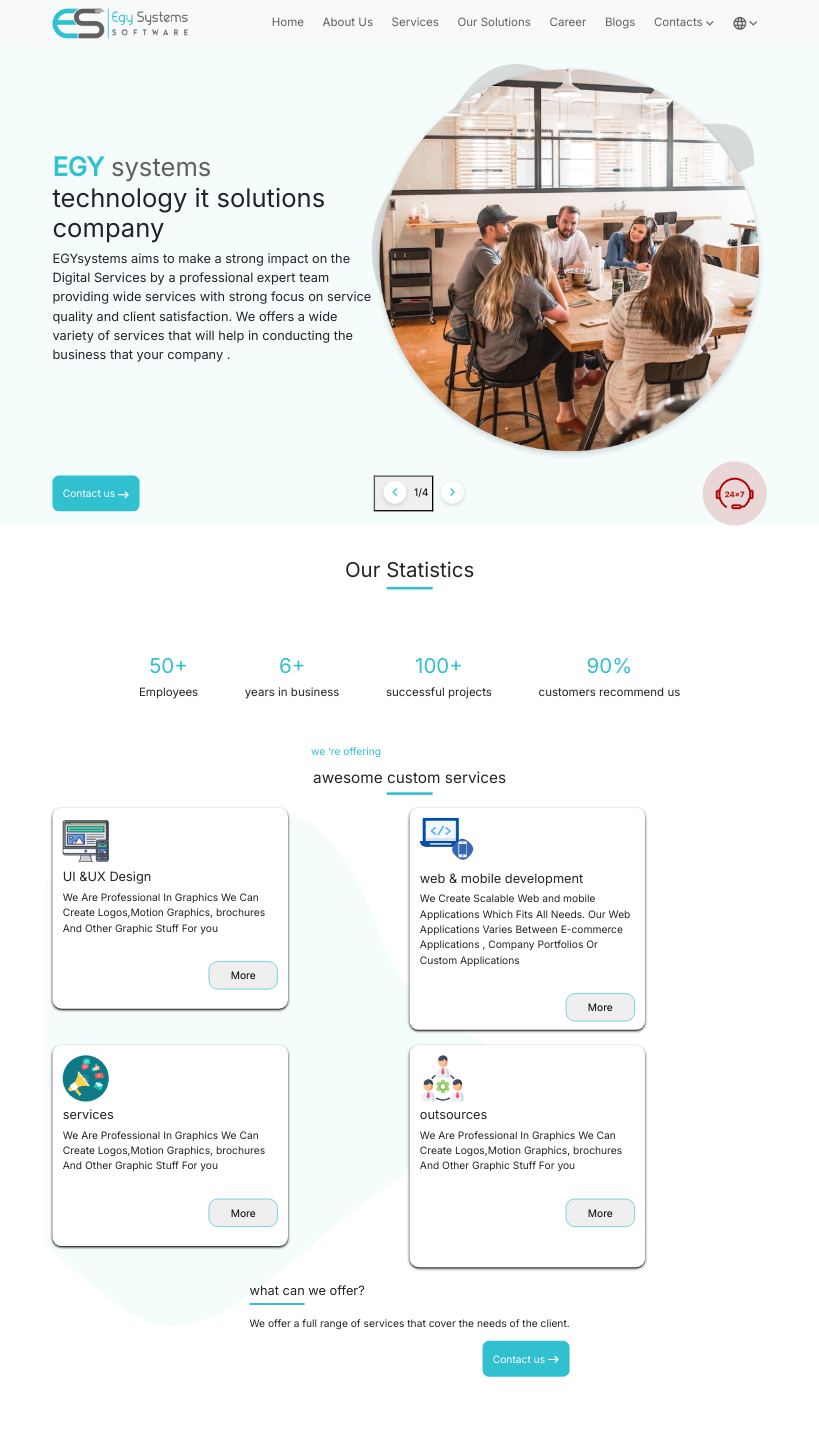
Repository: hamdyAbdelazeim/Egysystem-Home
Page: index.html
The author's editor kept a copy of each file at every save. The page is drawn from the files as they stood at one save, then again after a run of saves.
The browser window is 1280 px wide. The pictures show the whole page, at 64% of full size.

Above is the page before, as saved 2023-07-13 13:41:14.

After the next 2 saves:
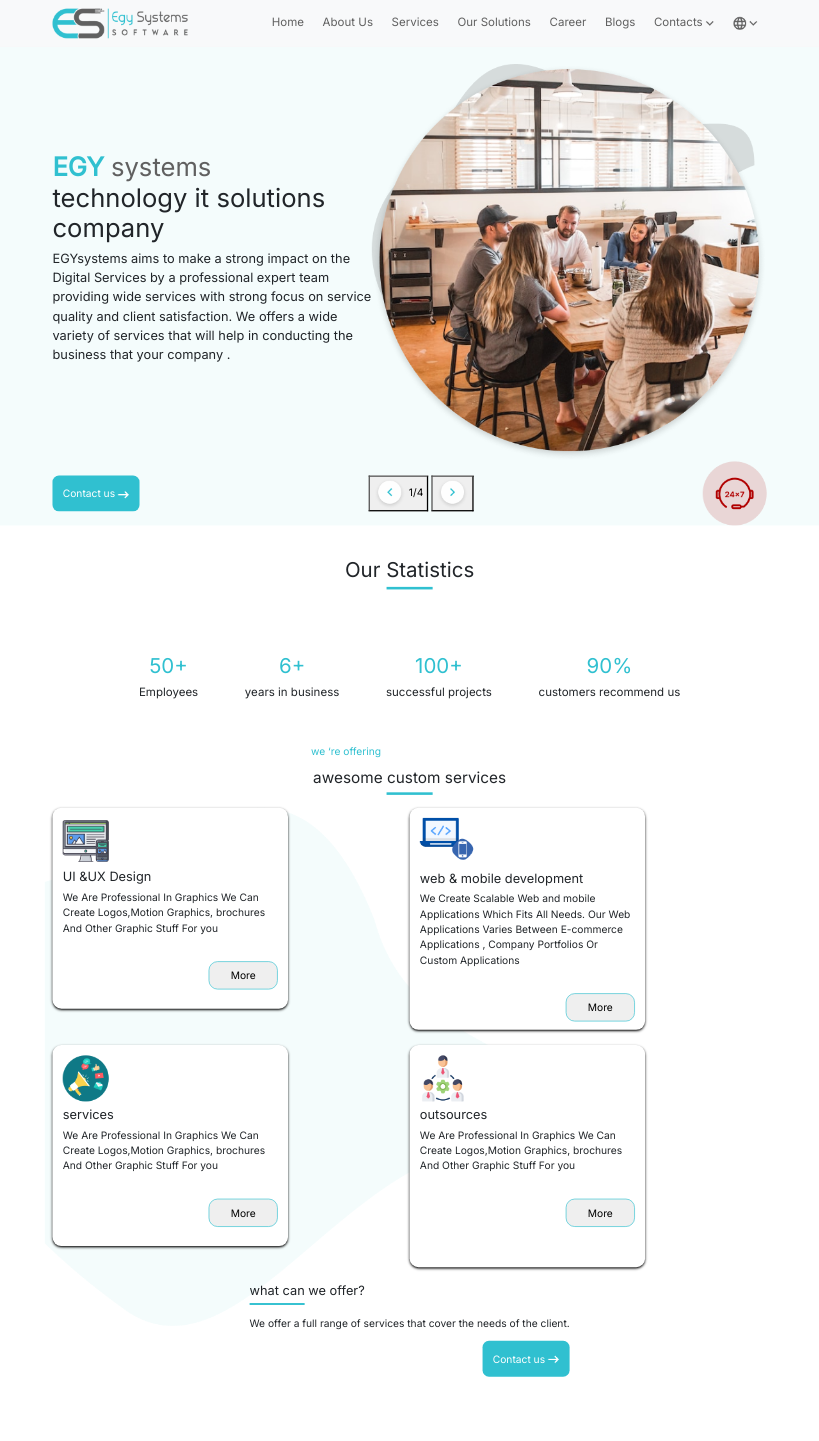
The 2 saves are shown as one change because they came seconds apart.
The last was saved 10 s later.
--- a/index.html
+++ b/index.html
@@ -107,7 +107,9 @@
         </button>
         <div>
           <button><img src="/assets/slider-left.png" alt="" /> 1/4</button>
-          <img src="/assets/slider-right.png" alt="" />
+          <button>
+            <img src="/assets/slider-right.png" alt="" />
+          </button>
         </div>
         <img src="/assets//chat.png" alt="chat" />
       </div>
